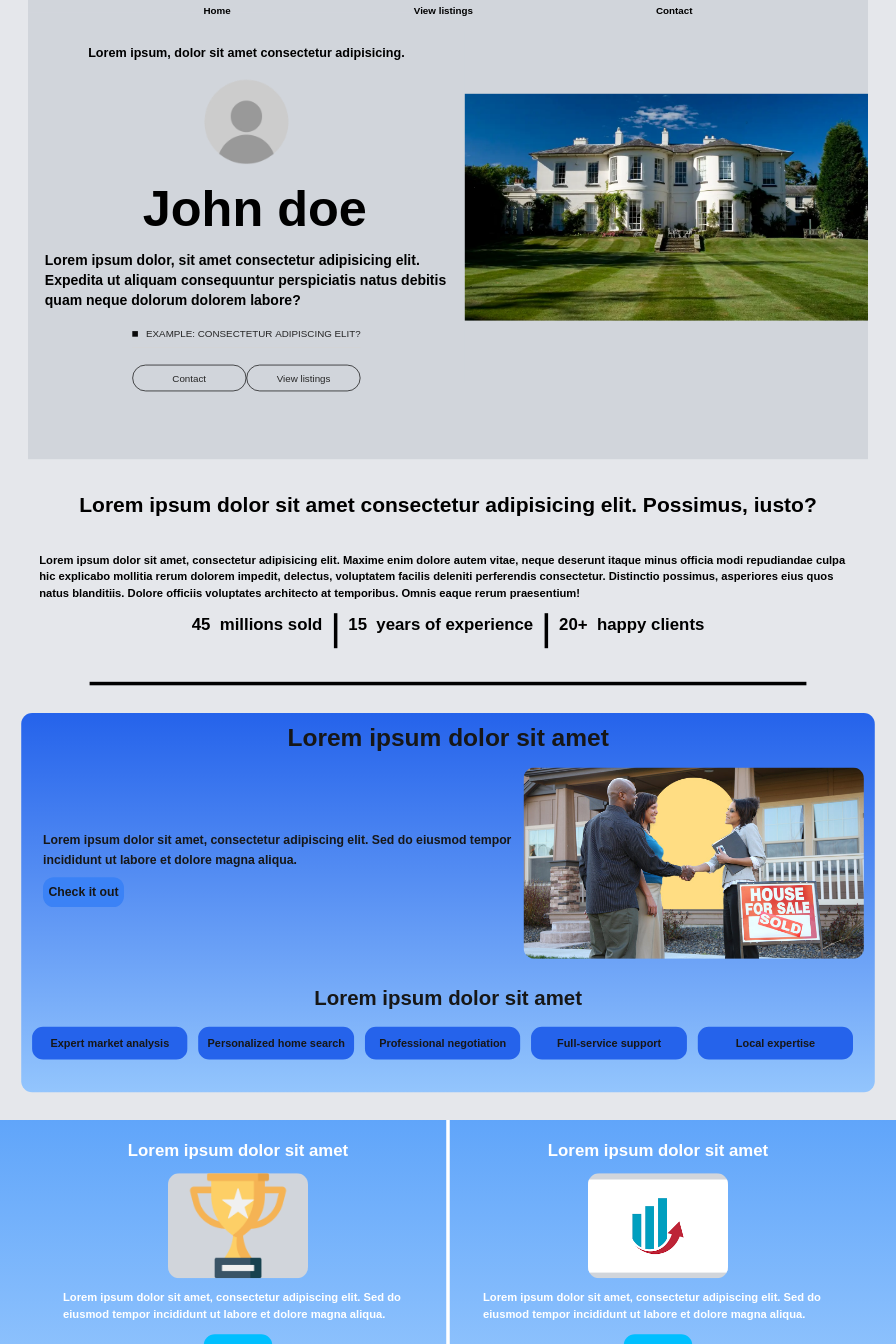
Repository: TMuse333/single-page-real-estate
Page: / (app in frontend/)
These files come from the project's save history. The page is drawn as it stood at one moment and after a run of saves; the edit follows.
The browser window is 1280 px wide. The pictures show the part of the page from y = 0 to 1920 px (the page is 6391 px tall), at 70% of full size.
The project was rebuilt for these pictures with package versions that can differ from the ones it lists, and the page was loaded fresh each time. The framework's server and built-in components were replaced by stand-ins that run in the browser. Also part of the build but not shown: frontend/next.config.mjs.

Above is the page before, as saved 2024-12-05 15:20:21.

### frontend/src/app/layout.tsx
import { ContextProvider } from "@/context/context";
import type { Metadata } from "next";
import localFont from "next/font/local";
import "./globals.css";

const geistSans = localFont({
  src: "./fonts/GeistVF.woff",
  variable: "--font-geist-sans",
  weight: "100 900",
});
const geistMono = localFont({
  src: "./fonts/GeistMonoVF.woff",
  variable: "--font-geist-mono",
  weight: "100 900",
});

export const metadata: Metadata = {
  title: "Bonnie Hutchins",
  description: "A sample website for Bonnie Hutchins",
};

export default function RootLayout({
  children,
}: Readonly<{
  children: React.ReactNode;
}>) {
  return (
    <html lang="en">
      <ContextProvider>


      <body
        className={`${geistSans.variable} ${geistMono.variable} antialiased`}
      >
        {children}
      </body>
      </ContextProvider>
    </html>
  );
}

### frontend/src/app/page.tsx
"use client"


import AuroraHero from "../components/auroraHero/auroraHero";
import CountUpStats from "../components/countUpStats/countUpStats";
import ExperienceCard from "../components/experienceCard/experienceCard";
import { experienceCard1, experienceCard2 ,experienceCard3,
 displayBox1, displayBox2,blogData, closingStatement, contactCard} from "@/data/data";
// import ImageTextBox from "./components/imageTextBox/imageTextBox";
import DisplayBoxes from "../components/displayBox/displayBox";
import Testimonials from "../components/testimonials/testimonials";
import ScrollCarousel from "../components/scrollCarousel/scrollCarousel";
import Closer from "../components/closer/closer";
import BigNav from "../components/navbar/bigNav";
import Footer2 from "../components/footer/footer";
import ContactCard from "../components/contactCard/contactCard";
import Herobanner from "@/components/herobanner/herobanner";
export default function Home() {
  return (
    <>

   <main className="relative w-screen overflow-x-hidden
   bg-gray-200 ">
   <BigNav
    excludedLink=""
    />
    {/* <AuroraHero/> */}
    <Herobanner/>
    <CountUpStats
    number1="45"
    number2="15.5"
    number3="20"/>

<ExperienceCard
    {...experienceCard2}
    />

    <DisplayBoxes
    data={displayBox1}
    />



<ExperienceCard
    {...experienceCard3}
    />



    <DisplayBoxes
    data={displayBox2}
    />

  <ExperienceCard
    {...experienceCard1}
    />

    <Testimonials/>

    <ScrollCarousel
    images={blogData}
    bgImage
    />



    <Closer
    {...closingStatement}
    />

<ContactCard
    {...contactCard}
    />

    <Footer2
    excludedLink=""
    />


   </main>
   </>
  );
}

### frontend/src/context/context.tsx
"use client"

import React, { createContext, useState, useContext, ReactNode, useEffect } from 'react';

// Define the type for the context value
interface GeneralContextType {

  isMobile: boolean;
  setIsMobile: React.Dispatch<React.SetStateAction<boolean>>;
  heroInView: boolean;
  setHeroInView: React.Dispatch<React.SetStateAction<boolean>>;


}

// Create the context
export const GeneralContext = createContext<GeneralContextType | undefined>(undefined);

// Create a provider component
export const ContextProvider: React.FC<{ children: ReactNode }> = ({ children }) => {
  // Initialize the value state


  // Detect mobile devices
  const [isMobile, setIsMobile] = useState<boolean>(true);

const [heroInView, setHeroInView] = useState(true)





  useEffect(() => {
    const handleScroll = () => {
      if (typeof window !== 'undefined') {
        setIsMobile(window.innerWidth <= 865);
      }
    };

    if (typeof window !== 'undefined') {
      window.addEventListener('scroll', handleScroll);
      handleScroll(); // Initial check
    }

    return () => {
      if (typeof window !== 'undefined') {
        window.removeEventListener('scroll', handleScroll);
      }
    };
  }, []);


  useEffect(() => {
    console.log('is mobile', isMobile);
  }, [isMobile]);

  const contextValue = {

    isMobile,
    setIsMobile,
    heroInView, setHeroInView

  };

  return <GeneralContext.Provider value={contextValue}>{children}</GeneralContext.Provider>;
};

export const useGeneralContext = (): GeneralContextType => {
  const context = useContext(GeneralContext);
  if (!context) {
    throw new Error('useGeneralContext must be used within a ContextProvider');
  }
  return context;
};

### frontend/src/components/countUpStats/countUpStats.tsx
"use client"
import React, {useRef} from "react";
import CountUp from "react-countup";
import { useInView} from 'framer-motion'

interface Props {
  number1: string;
  number2: string;
  number3: string;
}

const CountUpStats: React.FC<Props> = ({ number1, number2, number3 }) => {

    const ref = useRef(null)
    const inView = useInView(ref,{
        once:true
    })
  return (
    <>
    <section   ref={ref}
    className="mx-auto w-screen max-w-[1200px]
    text-black">
         <h2 className="text-center px-4 font-bold text-2xl sm:text-3xl
         my-12">Lorem ipsum dolor sit amet consectetur adipisicing elit. Possimus, iusto?</h2>
         <p className="font-semibold px-4">
            Lorem ipsum dolor sit amet, consectetur adipisicing elit. Maxime enim dolore autem vitae, neque deserunt itaque minus officia modi repudiandae culpa hic explicabo mollitia rerum dolorem impedit, delectus, voluptatem facilis deleniti perferendis consectetur. Distinctio possimus, asperiores eius quos natus blanditiis. Dolore officiis voluptates architecto at temporibus. Omnis eaque rerum praesentium!
         </p>

    <section

      className="flex mx-auto flex-col justify-center items-center mt-4
      md:flex-row font-semibold"
    >

      {/* Number 1 */}
      <div className="text-2xl mb-6 flex flex-col
      justify-center md:flex-row items-start ">
        <CountUp start={0}
          end={inView ? parseInt(number1) : 0}
         duration={2} />
         &nbsp; millions sold
         <div className="w-[50vw] h-[5px] bg-black mb-6
      md:h-[50px] md:w-[5px] mx-4 " />
      </div>

      {/* Divider */}


      {/* Number 2 */}
      <div className="text-2xl mb-6 flex flex-col
      justify-center md:flex-row items-start ">
        <CountUp start={0}
          end={inView ? parseInt(number2) : 0}
         duration={2} />
         &nbsp; years of experience
         <div className="w-[50vw] h-[5px] bg-black mb-6
      md:h-[50px] md:w-[5px] mx-4 " />
      </div>

      {/* Number 3 */}
      <div className="text-2xl mb-6 flex flex-col
      justify-center md:flex-row items-start mb-auto">
        <CountUp start={0}
          end={inView ? parseInt(number3) : 0}
         duration={2} />
         +&nbsp; happy clients

      </div>
    </section>
    </section>

    <div className="w-[80vw] max-w-[1200px]
    mx-auto h-[5px] bg-black"
    />

    </>
  );
};

export default CountUpStats;

### frontend/src/components/displayBox/displayBox.tsx
import React from "react";
import Image from 'next/image'
import Link from "next/link";


interface ElementProps {
    title:string,
    src:string,
    alt:string,
    description:string,
    buttonText:string,
    destination:string
}

const Element:React.FC<ElementProps> = ({
    title,src,alt,description,buttonText,
    destination
}) => {

    return (
        <section className="w-[90vw] mx-auto flex
        mt-2
        flex-col justify-center items-center relative

        sm:w-[45vw] max-w-[500px] mb-8">
            <h2 className="text-white text-center
            text-2xl mb-4 font-semibold">{title}</h2>
            <Image
            src={src}
            alt={alt}
            width={600}
            height={1300}
            className='w-[40vw]  h-[20vw]
            max-h-[150px] mx-auto object-contain
            max-w-[200px] bg-gray-300 rounded-2xl'
            />
            <p className="text-white my-4 font-semibold">{description}</p>
            <button className="bg-[#00bfff]
            p-2 rounded-2xl text-white">
                <Link href={destination}>
                    {buttonText}
                </Link>
            </button>


        </section>

    )
}

interface DisplayBoxProps {
    data:ElementProps[]
}

    const DisplayBoxes:React.FC<DisplayBoxProps> = ({
        data
    }) => {

        return (
            <section className="w-screen relative
            bg-gradient-to-b from-blue-400 to-blue-300 "
            >


            <section className="flex flex-col
            sm:grid grid-cols-2 justify-center
            items-center max-w-[1200px]
            mx-auto bg-gradient-to-b from-blue-400 to-blue-300
             pt-5">
                <div className="absolute
                top-1/2 w-full
                 sm:top-0
                left-1/2 -translate-x-1/2 h-[5px]
                 md:h-full
                sm:w-[5px] bg-white"/>
                {data.map((data, index) => (
                    <Element
                    {...data}
                    key={index}
                    />
                ))}
            </section>
            </section>

        )
    }


    export default DisplayBoxes

### frontend/src/components/navbar/bigNav.tsx
"use client"

import React, { useState, useEffect } from "react";
import Link from 'next/link'

import trophy from '../../../public/trophy.png'
import { useGeneralContext } from "@/context/context";


interface NavbarProps {
    excludedLink:string
}


interface DesktopSubMenuProps {
    src:string,
    alt:string,
    destination?:string
    secondaryLinks?:{
        name:string
        destination:string
    }[],
    isClicked:boolean
    description:string,
    setIsClicked:React.Dispatch<React.SetStateAction<number | null>>
    index:number

}

interface SubMenuProps {
    subMenuClicked: boolean;
    setSubMenuClicked: React.Dispatch<React.SetStateAction<boolean>>;
    links: {
        name: string,
        destination?: string
        secondaryLinks:{
            name:string
            destination:string
        }[]
    }[]
  }

  const bigLinks = [
    {
      name: 'Home',
      destination:'/',

      //

      listSubMenu: false,
    },

    {
      name: 'View listings',
      secondaryLinks: [
        {
          name: 'View Listings',
          destination: 'https://www.remaxnova.com/team/realtors/bonnie-hutchins-7616',
        },
        // {
        //     name:'Professional Achievements',
        //     destination:''
        // },
        // {
        //     name:'Personal marketing program',
        //     destination:''
        // }

      ],
      listSubMenu: false,
      subMenuSrc:trophy.src,
      subMenuAlt:'Two hands',
      desktopDescription:'Get to know me on a personal level and learn about my career and other programs'
    },

    // {
    //   name: 'Guided Success',
    //   secondaryLinks: [
    //     {
    //         name:'Buying a home',
    //         destination:'/best-web-design-halifax'
    //     },
    //     {
    //       name: 'Selling a home',
    //       destination: '/long-term-success',
    //     },
    //     {
    //       name: 'Our Process',
    //       destination: '/process',
    //     },
    //   ],
    //   listSubMenu: true,
    //   subMenuSrc:trophy.src,
    //   subMenuAlt:'Two hands',
    //   desktopDescription:'Learn the process of buying or selling a home with a realtor and how I ensure you get the best deal.'
    // },
    {
      name: 'Contact',

      destination:'/lets-work',
      listSubMenu: false,
    },


    // {
    //   name: 'Studio',

    //   destination:'/studio/image-text-box',
    //   listSubMenu: false,
    // },
    // {
    //   name: 'Extras',
    //   secondaryLinks: [
    //     {
    //         name:'Artwork',
    //         destination:'/artist'
    //     },
        // {
        //   name: 'Your long term success',
        //   destination: '/long-term-success',
        // },
        // {
        //   name: 'Our Process',
        //   destination: '/process',
        // },
    //   ],
    //   listSubMenu: true,
    //   subMenuSrc:trophy.src,
    //   subMenuAlt:'Two hands',
    //   desktopDescription:'Some extra content that you will find interesting'
    // },


    // {
    //   name: 'Canvas',
    //   secondaryLinks: [
    //     {
    //         name:'Canvas',
    //         destination:'/canvas'
    //     }
    //   ],
    //   listSubMenu: false,
    // },
  ];



  const DesktopSubMenu:React.FC<DesktopSubMenuProps> = ({
    secondaryLinks,isClicked,description,
    index,
    setIsClicked
  }) => {

    // const [isHovered, setIsHovered] = useState(false)

    function handleMouseEnter(index:number){
      setIsClicked(index)
    }

    function handleMouseLeave(){
       setIsClicked(null)
    }

    return (
        <div className={` fixed top-[50px] w-screen
         left-0  transition-[height] overflow-hidden
         pt-4
        flex justify-evenly ${isClicked  ? 'h-[200px] bg-gray-800 z-[10]' : 'h-[0px] z-[-1] bg-[transparent]'}`
        }
        onMouseEnter={()=>handleMouseEnter(index)}
        onMouseLeave={handleMouseLeave}
        >
            {/* <Image
            height={630}
            width={1200}
            className='w-[30vw] h-full
            object-contain
            mt-auto  mr-auto'
            src={src}
            alt={alt}
            /> */}

            <div className="flex flex-col mx-auto">
            <p className="w-[70vw]">{description}</p>

<ul className="flex mt-6">
    {secondaryLinks?.map((link, index) => (

            <li  key={index}
            className="mb-2 mr-4
            text-lg hover:text-gray-300
            bg-transparent p-3 rounded-xl">
                <Link href={link.destination}

        >
                {link.name}
                </Link>
            </li>

    ))}
</ul>
            </div>



        </div>
    )
  }

  const MobileSubMenu: React.FC<SubMenuProps>
  = ({subMenuClicked, setSubMenuClicked,links}) => {

    function handleSubMenuLeave(){
        setSubMenuClicked(false)

    }

    const [secondaryLinksIndex, setSecondaryLinksIndex] =
    useState<number>(0)

    const [secondarySubMenuClicked, setSecondarySubMenuClicked]
    = useState<boolean>(false)

    function handleSecondarySubClick(index:number){
        setSecondarySubMenuClicked(true)
        setSecondaryLinksIndex(index)
    }

    function handleSecondarySubLeave(){
        setSecondarySubMenuClicked(false)
        // setSecondaryLinksIndex(null)
    }

    function exitFullMobileNav(){
        setSubMenuClicked(false)
        setSecondarySubMenuClicked(false)

    }

    return (
        <nav className={`fixed top-0 right-0 bg-transparent
        h-screen w-[75vw] max-w-[470px] z-10 transition-transform
        text-black
      ${!subMenuClicked ? 'translate-x-full' : 'translate-x-0'}`}>
        <div className="relative h-full w-full z-40 ">
            {!secondarySubMenuClicked && (
                <>
         <button onClick={handleSubMenuLeave}
         className="absolute top-[5%] right-[10%] z-[90] text-3xl
         hover:text-q-blue transition-colors bg-transparent"
         >X
         </button>

         <ul
  className={`text-left absolute mt-8
  top-[25%]
  overflow-hidden transition-[height]
  flex flex-col items-start justify-center`}>
  {links.map((link, index) => (
    <li
      key={index}
      className="text-md sm:text-xl mb-4 mr-auto text-black pl-2 pr-2 hover:text-[#00bfff]">
      {link.destination ? (
        <Link href={link.destination}>
          {link.name}
        </Link>
      ) : (
        <span onClick={() => handleSecondarySubClick(index)}>
          {link.name}
        </span>
      )}
    </li>
  ))}
</ul>

                    </>
                        )}

                    <div className={`fixed top-0 h-full w-full transition-transform
                    ${!secondarySubMenuClicked ? 'translate-x-full': ''}`}>

                            <button className="bg-transparent
                            top-[5%] absolute right-[10%] !text-2xl
                            hover:text-[#00bfff]"
                            onClick={exitFullMobileNav}>
                                X
                            </button>

                            <button onClick={handleSecondarySubLeave}
                             className="absolute top-[5%]
                             bg-transparent !text-lg hover:text-q-blue
                             transition-colors">Back</button>


                                <ul className="absolute top-[25%] text-left left-[10%]
                                ">

                                {links[secondaryLinksIndex].secondaryLinks.map((link,index)=> (

                                        <li className="mb-2 text-black transition-colors
                                         hover:text-[#00bfff] md:xl"
                                         key={index}>
                                            <Link

                                  href={link.destination}
                                  passHref
                                  >
                                    {link.name}

                                          </Link>
                                        </li>

                                ))}
                                                             </ul>



                    </div>
        </div>
        </nav>
    )
  }





const BigNav: React.FC<NavbarProps> = ({ excludedLink }) => {
    const [subMenuClicked, setSubMenuClicked] = useState(false);
    const [isDesktop, setIsDesktop] = useState(false)
    const [hoveredSubMenuIndex, setHoveredSubMenuIndex] =
    useState<number | null>(null)





    const filteredLinks = bigLinks
    .filter(link => link.name !== excludedLink) // Filter out links where link.name matches excludedLink
    .map(link => {
      // Check if secondaryLinks exist before filtering
      const filteredSecondaryLinks = link.secondaryLinks
        ? link.secondaryLinks.filter(secondary => secondary.name !== excludedLink)
        : []; // If no secondaryLinks, return an empty array

      // Return the link with the filtered secondaryLinks
      return {
        ...link,
        secondaryLinks: filteredSecondaryLinks
      };
    });







      useEffect(() => {
        const handleResize = () => {
          if (typeof window !== 'undefined') {
            setIsDesktop(window.innerWidth >= 900);
          }
        };

        if (typeof window !== 'undefined') {
          handleResize(); // Initial check
          window.addEventListener('resize', handleResize);
        }

        return () => {
          if (typeof window !== 'undefined') {
            window.removeEventListener('resize', handleResize);
          }
        };
      }, []);

    function handleSubmenuClick() {
        setSubMenuClicked(!subMenuClicked);
    }


    function handleSubMenuHover(index:number){
        setHoveredSubMenuIndex(index)
    }

    function handleSubMenuLeave(){
        setHoveredSubMenuIndex(null)
    }

// useEffect(()=>{
//   console.log('filtered links,',filteredLinks)
//   console.log(filteredLinks[0].secondaryLinks[0].destination)
// },[])

const {heroInView} = useGeneralContext()


    return (
        <nav className={`fixed top-[0%] z-[301] w-screen left-0  h-[30px] flex justify-between items-center
         text-black ${heroInView ? 'bg-transparent' : 'bg-[#00bfff]'}`}>
            <MobileSubMenu
            subMenuClicked={subMenuClicked}
            setSubMenuClicked={setSubMenuClicked}
            links={filteredLinks }
            />
               <div className="relative w-full h-full flex items-center justify-end
               lg:justify-around max-w-[1200px] ml-auto mr-auto
             ">

{!isDesktop ? (

<>


            <div onClick={handleSubmenuClick}
            className={`lg:hidden  lg:w-auto flex flex-col justify-center items-center
            z-20 relative
            p-0 pr-7 ${subMenuClicked ? 'hidden' : ''}`}>
            <div className="h-[3px] bg-white w-[20px] mb-1" />
            <div className="h-[3px] bg-white w-[20px] mb-1" />
            <div className="h-[3px] bg-white w-[20px]" />
        </div>

        </>

        ) : (
            <>
            {/* <Link href='/'
            passHref>


           <Image src={trophy}
           className='w-[50px] relative z-[2]'
           width={600}
           height={1300}
           alt='Focusflow brain'
           />
           </Link> */}
            <section className="flex
            w-[80%] h-full
            justify-around items-center
          mx-auto
            max-w-[1000px]

            ">


            {filteredLinks.map((link,index) => (

                <div key={index}

                 className={` relative font-semibold
                 my-auto ${!heroInView ? 'text-black' : 'text-black'}`}

                 >

                    {link.listSubMenu ? (
                     <>
                      <p
                       onMouseEnter={()=>handleSubMenuHover(index)}
                       onMouseLeave={handleSubMenuLeave}
                      className="mt-auto relative z-[4]   text-sm sm:text-md">{link.name}</p>
                                 {link.subMenuSrc && link.subMenuAlt &&
                                 link.desktopDescription && (


<DesktopSubMenu
secondaryLinks={link.secondaryLinks}
src={link.subMenuSrc}
  alt={link.subMenuAlt}
  isClicked={hoveredSubMenuIndex === index}
  setIsClicked={setHoveredSubMenuIndex}
description={link.desktopDescription}
index={index}
/>

)}
                     </>
                    ) : (
                        <>

  <Link href={link.destination? link.destination : ''}>
    <p className="my-auto text-sm relative z-[4] hover:text-[#00bfff]
    sm:text-md">
      {link.name}
    </p>
  </Link>



                        </>
                    )}

                </div>
            ))}
              </section>
            </>
        )}



</div>




        </nav>
    );
};

export default BigNav;

Loaded but not shown: frontend/src/app/globals.css (common file); frontend/tailwind.config.ts (common file); frontend/src/components/experienceCard/experienceCard.tsx (191 lines, source omitted); frontend/src/data/data.ts (173 lines, source omitted); frontend/src/components/testimonials/testimonials.tsx (127 lines, source omitted); frontend/src/components/scrollCarousel/scrollCarousel.tsx (161 lines, source omitted); frontend/src/components/footer/footer.tsx (178 lines, source omitted); frontend/src/components/typeWriter/typeWriter.tsx (129 lines, source omitted); frontend/src/components/slidingText/slidingText.tsx (85 lines, source omitted); frontend/src/components/closer/closer.tsx (107 lines, source omitted); frontend/src/components/herobanner/herobanner.tsx (87 lines, source omitted); frontend/src/components/contactCard/contactCard.tsx (84 lines, source omitted)

After the next 3 saves:
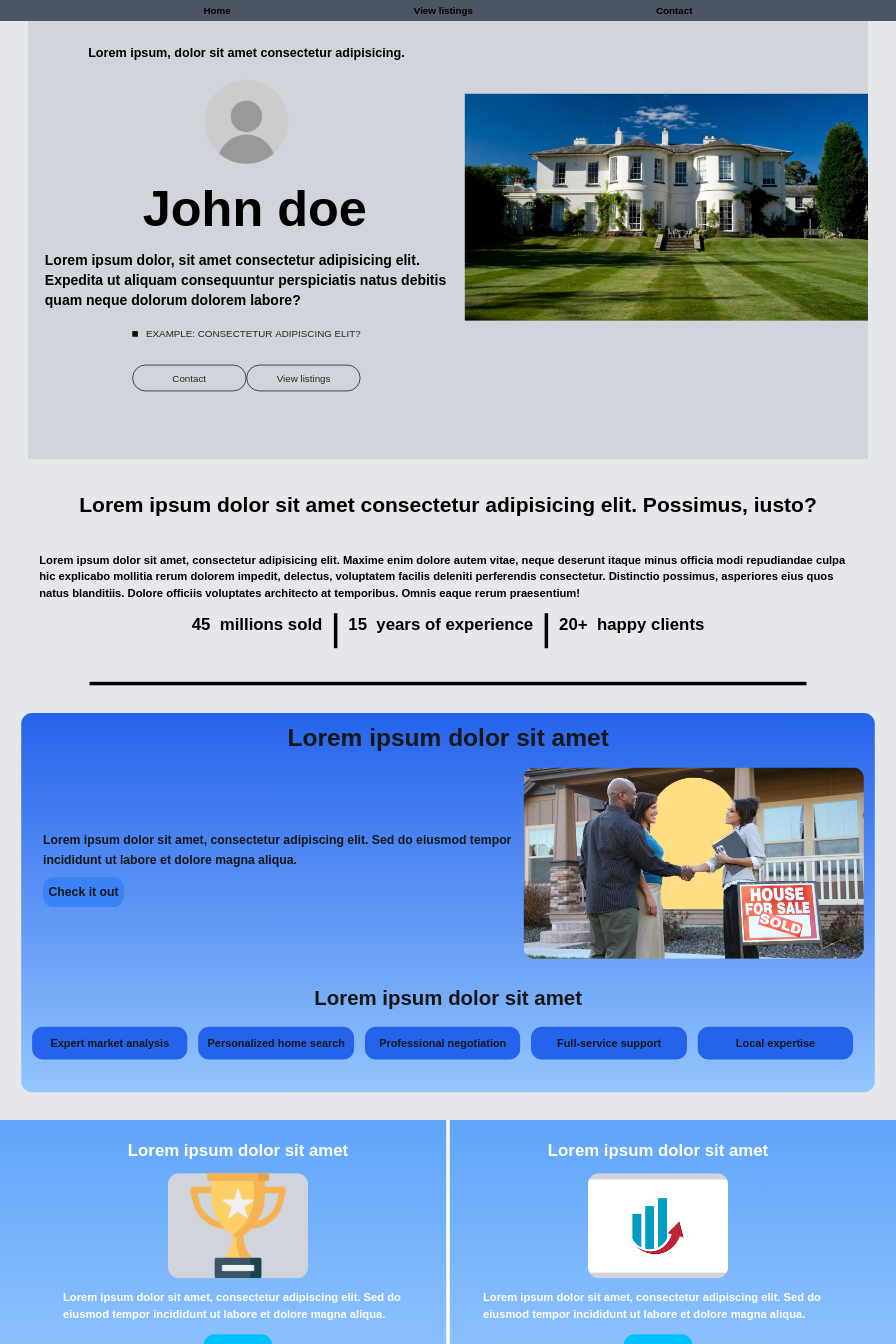
The 3 saves are shown as one change because they came seconds apart.
The last was saved 4 min 44 s later.
--- a/frontend/src/components/navbar/bigNav.tsx
+++ b/frontend/src/components/navbar/bigNav.tsx
@@ -398,7 +398,7 @@ const {heroInView} = useGeneralContext()
 
     return (
         <nav className={`fixed top-[0%] z-[301] w-screen left-0  h-[30px] flex justify-between items-center
-         text-black ${heroInView ? 'bg-transparent' : 'bg-[#00bfff]'}`}>
+         text-black ${heroInView ? 'bg-gray-600' : 'bg-gray-600'}`}>
             <MobileSubMenu
             subMenuClicked={subMenuClicked}
             setSubMenuClicked={setSubMenuClicked}
